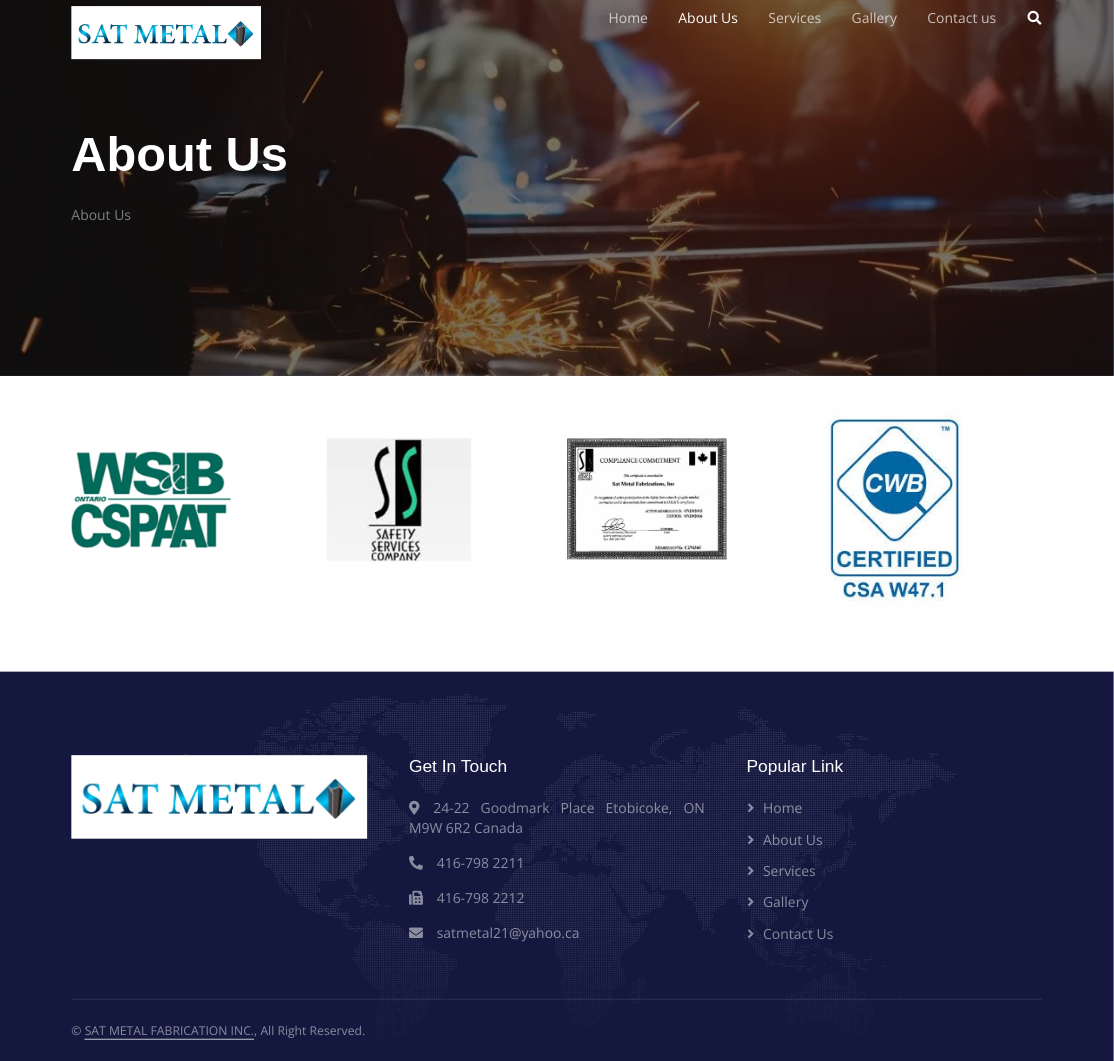
Repository: dzyte-services/satmetal
Page: http://localhost/about.php
These files come from the project's save history. The page is drawn as it stood at one moment and after the next save; the edit follows.
The browser window is 1280 px wide. The pictures show the whole page, at 87% of full size.
Some web fonts or font styles are not loaded; a fallback is used. Some web libraries are served in a nearby version. The page is run by PHP 8.4 with error messages shown; the project is at /var/www/html/.

Above is the page before, as saved 2023-11-08 17:49:40.

### about.php
<!DOCTYPE html>
<html lang="en">

<head>
    <meta charset="utf-8">
    <title>SAT - About</title>
    <meta content="width=device-width, initial-scale=1.0" name="viewport">
    <meta content="" name="keywords">
    <meta content="" name="description">

    <!-- Favicon -->
    <link href="img/favicon.ico" rel="icon">

    <!-- Google Web Fonts -->
    <link rel="preconnect" href="https://fonts.googleapis.com">
    <link rel="preconnect" href="https://fonts.gstatic.com" crossorigin>
    <link href="https://fonts.googleapis.com/css2?family=Open+Sans:wght@400;600&family=Ubuntu:wght@500;700&display=swap"
        rel="stylesheet">

    <!-- Icon Font Stylesheet -->
    <link href="https://cdnjs.cloudflare.com/ajax/libs/font-awesome/5.10.0/css/all.min.css" rel="stylesheet">
    <link href="https://cdn.jsdelivr.net/npm/bootstrap-icons@1.4.1/font/bootstrap-icons.css" rel="stylesheet">

    <!-- Libraries Stylesheet -->
    <link href="lib/animate/animate.min.css" rel="stylesheet">
    <link href="lib/owlcarousel/assets/owl.carousel.min.css" rel="stylesheet">

    <!-- Customized Bootstrap Stylesheet -->
    <link href="css/bootstrap.min.css" rel="stylesheet">

    <!-- Template Stylesheet -->
    <link href="css/style.css" rel="stylesheet">
</head>

<body>
    <!-- Spinner Start -->
    <!-- <div id="spinner"
        class="show bg-white position-fixed translate-middle w-100 vh-100 top-50 start-50 d-flex align-items-center justify-content-center">
        <div class="spinner-grow text-primary" style="width: 3rem; height: 3rem;" role="status">
            <span class="sr-only">Loading...</span>
        </div>
    </div> -->
    <!-- Spinner End -->


    <!-- Navbar Start -->
    <?php
        include "header.php";
    ?>
    <!-- Navbar End -->





    <!-- Full Screen Search Start -->
    <div class="modal fade" id="searchModal" tabindex="-1">
        <div class="modal-dialog modal-fullscreen">
            <div class="modal-content" style="background: rgba(20, 24, 62, 0.7);">
                <div class="modal-header border-0">
                    <button type="button" class="btn btn-square bg-white btn-close" data-bs-dismiss="modal"
                        aria-label="Close"></button>
                </div>
                <div class="modal-body d-flex align-items-center justify-content-center">
                    <div class="input-group" style="max-width: 600px;">
                        <input type="text" class="form-control bg-transparent border-light p-3"
                            placeholder="Type search keyword">
                        <button class="btn btn-light px-4"><i class="bi bi-search"></i></button>
                    </div>
                </div>
            </div>
        </div>
    </div>
    <!-- Full Screen Search End -->


    <!-- About Start -->
    <!-- Modal gallery -->
    <!-- Section: Images -->
    <div class="container-fluid py-5">
        <div class="container">
        <div class="row mt-4">
    <div class="col-lg-3 col-md-4 col-sm-6 mb-4">
        <div class="bg-image hover-overlay ripple shadow-1-strong rounded" data-ripple-color="light">
            <img src="img/img2.png" class="" style="width: 70%;" />
            <a href="#!" data-mdb-toggle="modal" data-mdb-target="#exampleModal2">
                <div class="mask" style="background-color: rgba(251, 251, 251, 0.2);"></div>
            </a>
        </div>
    </div>

    <div class="col-lg-3 col-md-4 col-sm-6 mb-4">
        <div class="bg-image hover-overlay ripple shadow-1-strong rounded" data-ripple-color="light">
            <img src="img/img3.png" class="" style="width: 70%;" />
            <a href="#!" data-mdb-toggle="modal" data-mdb-target="#exampleModal2">
                <div class="mask" style="background-color: rgba(251, 251, 251, 0.2);"></div>
            </a>
        </div>
    </div>

    <div class="col-lg-3 col-md-4 col-sm-6 mb-4">
        <div class="bg-image hover-overlay ripple shadow-1-strong rounded" data-ripple-color="light">
            <img src="img/img1.png" class="" style="width: 70%;" />
            <a href="#!" data-mdb-toggle="modal" data-mdb-target="#exampleModal2">
                <div class="mask" style="background-color: rgba(251, 251, 251, 0.2);"></div>
            </a>
        </div>
    </div>

    <div class="col-lg-3 col-md-4 col-sm-6 mb-4">
        <div class="bg-image hover-overlay ripple shadow-1-strong rounded" data-ripple-color="light">
            <img src="img/img4.jpeg" class="" style="width: 70%; margin-top: -35px;" />
            <a href="#!" data-mdb-toggle="modal" data-mdb-target="#exampleModal2">
                <div class="mask" style="background-color: rgba(251, 251, 251, 0.2);"></div>
            </a>
        </div>
    </div>
</div>


        </div>
    </div>


    <!-- Footer Start -->
    <?php
        include "footer.php";
    ?>
    <!-- Footer End -->


    <!-- Back to Top -->
    <a href="#" class="btn btn-lg btn-primary btn-lg-square back-to-top pt-2"><i class="bi bi-arrow-up"></i></a>


    <!-- JavaScript Libraries -->
    <script src="https://ajax.googleapis.com/ajax/libs/jquery/3.6.1/jquery.min.js"></script>
    <script src="https://cdn.jsdelivr.net/npm/bootstrap@5.0.0/dist/js/bootstrap.bundle.min.js"></script>
    <script src="lib/wow/wow.min.js"></script>
    <script src="lib/easing/easing.min.js"></script>
    <script src="lib/waypoints/waypoints.min.js"></script>
    <script src="lib/counterup/counterup.min.js"></script>
    <script src="lib/owlcarousel/owl.carousel.min.js"></script>

    <!-- Template Javascript -->
    <script src="js/main.js"></script>
</body>

</html>

### header.php
    <?php
        $currentPage1 = basename($_SERVER['PHP_SELF']);
    ?>
    <!-- Spinner Start -->
    <div id="spinner"
        class="show bg-white position-fixed translate-middle w-100 vh-100 top-50 start-50 d-flex align-items-center justify-content-center">
        <div class="spinner-grow text-primary" style="width: 3rem; height: 3rem;" role="status">
            <span class="sr-only">Loading...</span>
        </div>
    </div>
    <!-- Spinner End -->


    <!-- Navbar Start -->
    <div class="container-fluid sticky-top">
        <div class="container">
            <nav class="navbar navbar-expand-lg navbar-dark p-0">
                <div class="row">
                    <div class="col-lg-6">
                        <a href="index.php" class="navbar-brand">
                            <img class="img-fluid" width="40%" height="40%" src="img/logo2.jpeg" alt="">
                        </a>
                        <button type="button" class="navbar-toggler ms-auto me-0" data-bs-toggle="collapse"
                            data-bs-target="#navbarCollapse">
                            <span class="navbar-toggler-icon"></span>
                        </button>
                    </div>
                    <div class="col-lg-6 ">
                    <div class="collapse navbar-collapse" id="navbarCollapse">
                    <div class="navbar-nav ms-auto">
                        <a href="index.php" class="nav-item nav-link  <?php echo ($currentPage1 === 'index.php') ? 'active' : ''; ?>">Home</a>
                        <a href="about.php" class="nav-item nav-link <?php echo ($currentPage1 === 'about.php') ? 'active' : ''; ?>">About Us</a>
                        <a href="service.php" class="nav-item nav-link <?php echo ($currentPage1 === 'service.php') ? 'active' : ''; ?>">Services</a>
                        <a href="project.php" class="nav-item nav-link <?php echo ($currentPage1 === 'project.php') ? 'active' : ''; ?>">Gallery</a>

                        <a href="contact.php" class="nav-item nav-link <?php echo ($currentPage1 === 'contact.php') ? 'active' : ''; ?>">Contact us</a>
                    </div>
                    <butaton type="button" class="btn text-white p-0 d-none d-lg-block" data-bs-toggle="modal"
                        data-bs-target="#searchModal"><i class="fa fa-search"></i></butaton>
                </div>
                    </div>
                </div>


            </nav>
        </div>
    </div>
    <!-- Navbar End -->

    <div>
          <?php
                $currentPage = $_SERVER['SCRIPT_NAME'];
                $current_page = basename($currentPage);

                if ($current_page === "index.php") {
                    include("header/home.php");
                } elseif ($current_page === "about.php") {
                    include("header/about.php");
                } elseif ($current_page === "service.php") {
                    include("header/service.php");
                } elseif ($current_page === "project.php") {
                    include("header/gallery.php");
                } elseif ($current_page === "contact.php") {
                    include("header/contact.php");
                }



            ?>
    </div>

### header/about.php
<!-- Hero Start -->
<div class="container-fluid pt-5 bg-primary hero-header">
        <div class="container pt-5">
            <div class="row g-5 pt-5">
                <div class="col-lg-6 align-self-center text-center text-lg-start mb-lg-5">
                    <h1 class="display-4 text-white mb-4 animated slideInRight">About Us</h1>
                    <nav aria-label="breadcrumb">
                        <ol class="breadcrumb justify-content-center justify-content-lg-start mb-0">
                            <!-- <li class="breadcrumb-item"><a class="text-white" href="#">Home</a></li> -->
                            <!-- <li class="breadcrumb-item"><a class="text-white" href="#">Pages</a></li> -->
                            <li class="breadcrumb-item text-white active" aria-current="page">About Us</li>
                        </ol>
                    </nav>
                </div>
            </div>
        </div>
    </div>
    <!-- Hero End -->

### css/style.css
/********** Template CSS **********/
:root {
    --primary: #1363C6;
    --secondary: #15ACE1;
    --light: #F4F7FE;
    --dark: #14183E;
}


/*** Spinner ***/
#spinner {
    opacity: 0;
    visibility: hidden;
    transition: opacity .5s ease-out, visibility 0s linear .5s;
    z-index: 99999;
}

#spinner.show {
    transition: opacity .5s ease-out, visibility 0s linear 0s;
    visibility: visible;
    opacity: 1;
}

.back-to-top {
    position: fixed;
    display: none;
    right: 45px;
    bottom: 45px;
    z-index: 99;
}


/*** Heading ***/
h1,
h2,
h3,
.fw-bold {
    font-weight: 700 !important;
}

h4,
h5,
h6,
.fw-medium {
    font-weight: 500 !important;
}


/*** Button ***/
.btn {
    font-weight: 500;
    transition: .5s;
}

.btn-square {
    width: 38px;
    height: 38px;
}

.btn-sm-square {
    width: 32px;
    height: 32px;
}

.btn-lg-square {
    width: 48px;
    height: 48px;
}

.btn-square,
.btn-sm-square,
.btn-lg-square {
    padding: 0;
    display: flex;
    align-items: center;
    justify-content: center;
    font-weight: normal;
    border-radius: 50px;
}


/*** Navbar ***/
.sticky-top {
    top: -150px;
    transition: .5s;
}

.navbar {
    padding: 11px 0 !important;
    height: 75px;
}

.navbar .navbar-nav .nav-link {
    margin-right: 35px;
    padding: 0;
    color: rgba(255, 255, 255, .7);
    outline: none;
}

.navbar .navbar-nav .nav-link:hover,
.navbar .navbar-nav .nav-link.active {
    color: rgba(255, 255, 255, 1);
}

.navbar .dropdown-toggle::after {
    border: none;
    content: "\f107";
    font-family: "Font Awesome 5 Free";
    font-weight: 900;
    vertical-align: middle;
    margin-left: 8px;
}

@media (max-width: 991.98px) {
    .navbar .navbar-nav {
        padding: 0 15px;
        background: var(--primary);
    }

    .navbar .navbar-nav .nav-link  {
        margin-right: 0;
        padding: 10px 0;
    }
}

@media (min-width: 992px) {
    .navbar .nav-item .dropdown-menu {
        display: block;
        border: none;
        margin-top: 0;
        top: 150%;
        opacity: 0;
        visibility: hidden;
        transition: .5s;
    }

    .navbar .nav-item:hover .dropdown-menu {
        top: 100%;
        visibility: visible;
        transition: .5s;
        opacity: 1;
    }
}


/*** Hero Header ***/
.hero-header {
    margin-top: -75px;
    background: url(../img/background2.webp) center center no-repeat ;
    background-size: cover;
    width: 100%;
    background-size: cover;
    position: relative;
    min-height: 60vh;
    padding: 160px 0 60px 0;

}
.hero-header::before {
    content: "";
    position: absolute;
    top: 0;
    left: 0;
    width: 100%;
    height: 100%;
    background: rgba(0, 0, 0, 0.5); /* Adjust the opacity as needed (0.5 for 50% opacity) */
}

.hero-header .breadcrumb-item+.breadcrumb-item::before {
    color: var(--light);
}


/*** Section Title ***/
.section-title::before {
    position: absolute;
    content: "";
    width: 45px;
    height: 4px;
    bottom: 0;
    left: 0;
    background: var(--dark);
}

.section-title::after {
    position: absolute;
    content: "";
    width: 4px;
    height: 4px;
    bottom: 0;
    left: 50px;
    background: var(--dark);
}

.section-title.text-center::before {
    left: 50%;
    margin-left: -25px;
}

.section-title.text-center::after {
    left: 50%;
    margin-left: 25px;
}

.section-title h6::before,
.section-title h6::after {
    position: absolute;
    content: "";
    width: 10px;
    height: 10px;
    top: 2px;
    left: 0;
    background: rgba(33, 66, 177, .5);
}

.section-title h6::after {
    top: 5px;
    left: 3px;
}


/*** About ***/
.about-img {
    position: relative;
    overflow: hidden;
}

.about-img::after {
    position: absolute;
    content: "";
    width: 100%;
    height: 100%;
    top: 0;
    left: 0;
    background: url(../img/bg-about-img.png) top left no-repeat;
    background-size: contain;
}


/*** Service ***/
.service-item {
    position: relative;
    padding: 45px 30px;
    background: #FFFFFF;
    transition: .5s;
}

.service-item:hover {
    background: var(--primary);
}

.service-item .service-icon {
    margin: 0 auto 20px auto;
    width: 90px;
    height: 90px;
    color: var(--primary);
    background: var(--light);
    transition: .5s;
}

.service-item:hover .service-icon {
    background: #FFFFFF;
}

.service-item h5,
.service-item p {
    transition: .5s;
}

.service-item:hover h5,
.service-item:hover p {
    color: #FFFFFF;
}

.service-item a.btn {
    position: relative;
    display: flex;
    color: var(--primary);
    transition: .5s;
    z-index: 1;
}

.service-item:hover a.btn {
    color: var(--primary);
}

.service-item a.btn::before {
    position: absolute;
    content: "";
    width: 35px;
    height: 35px;
    top: 0;
    left: 0;
    border-radius: 35px;
    background: var(--light);
    transition: .5s;
    z-index: -1;
}

.service-item:hover a.btn::before {
    width: 100%;
    background: var(--light);
}


/*** Feature ***/
.feature {
    background: url(../img/bg-hero.png) center center no-repeat;
    background-size: cover;
}


/*** Newsletter ***/
.newsletter {
    background: url(../img/bg-hero.png) center center no-repeat;
    background-size: cover;
}

@media (min-width: 992px) {
    .newsletter .container {
        max-width: 100% !important;
    }

    .newsletter .newsletter-text  {
        padding-right: calc(((100% - 960px) / 2) + .75rem);
    }
}

@media (min-width: 1200px) {
    .newsletter .newsletter-text  {
        padding-right: calc(((100% - 1140px) / 2) + .75rem);
    }
}

@media (min-width: 1400px) {
    .newsletter .newsletter-text  {
        padding-right: calc(((100% - 1320px) / 2) + .75rem);
    }
}


/*** Case Study ***/
.case-item img {
    transition: .5s;
}

.case-item:hover img {
    transform: scale(1.2);
}

.case-overlay {
    position: absolute;
    padding: 30px;
    width: 100%;
    height: 100%;
    top: 0;
    left: 0;
    display: flex;
    flex-direction: column;
    align-items: flex-start;
    justify-content: flex-end;
    background: linear-gradient(rgba(20, 24, 62, 0), var(--dark));
    z-index: 1;
}

.case-overlay small {
    display: inline-block;
    padding: 3px 15px;
    color: #FFFFFF;
    background: rgba(20, 24, 62, .7);
    border-radius: 25px;
    margin-bottom: 15px;
}

.case-overlay span.btn:hover {
    color: var(--primary);
    background: #FFFFFF;
    border-color: #FFFFFF;
}


/*** FAQs ***/
.accordion .accordion-item {
    border: none;
    margin-bottom: 15px;
}

.accordion .accordion-button {
    background: var(--light);
    border-radius: 2px;
}

.accordion .accordion-button:not(.collapsed) {
    color: #FFFFFF;
    background: var(--primary);
    box-shadow: none;
}

.accordion .accordion-button:not(.collapsed)::after {
    background-image: url("data:[embedded picture, 261 characters]");
}

.accordion .accordion-body {
    padding: 15px 0 0 0;
}


/*** Testimonial ***/
.testimonial-carousel {
    position: relative;
}

.testimonial-carousel .owl-nav {
    position: absolute;
    width: 40px;
    height: 100%;
    top: calc(50% - 50px);
    left: -21px;
    display: flex;
    flex-direction: column;
    align-items: center;
}

.testimonial-carousel .owl-nav .owl-prev,
.testimonial-carousel .owl-nav .owl-next {
    margin: 5px 0;
    width: 40px;
    height: 40px;
    display: flex;
    align-items: center;
    justify-content: center;
    color: var(--primary);
    background: #FFFFFF;
    border: 1px solid var(--primary);
    border-radius: 40px;
    font-size: 18px;
    transition: .5s;
}

.testimonial-carousel .owl-nav .owl-prev:hover,
.testimonial-carousel .owl-nav .owl-next:hover {
    background: var(--primary);
    color: #FFFFFF;
}

.testimonial-carousel .owl-dots {
    margin-top: 35px;
    margin-left: 3rem;
}

.testimonial-carousel .owl-dot {
    position: relative;
    display: inline-block;
    margin-right: 10px;
    width: 15px;
    height: 15px;
    background: #FFFFFF;
    border: 1px solid var(--primary);
    border-radius: 15px;
    transition: .5s;
}

.testimonial-carousel .owl-dot.active {
    width: 30px;
    background: var(--primary);
}


/*** Team ***/
.team-item {
    transition: .5s;
    border: 1px solid transparent;
    transition: .5s;
}

.team-item:hover {

    border-color: var(--primary);
}


/*** Footer ***/
.footer {
    background: url(../img/footer.png) center center no-repeat;
    background-size: contain;
}

.footer .btn.btn-social {
    margin-right: 5px;
    width: 40px;
    height: 40px;
    display: flex;
    align-items: center;
    justify-content: center;
    color: rgba(255,255,255,.5);
    border: 1px solid rgba(256, 256, 256, .1);
    border-radius: 40px;
    transition: .3s;
}

.footer .btn.btn-social:hover {
    color: var(--primary);
}

.footer .btn.btn-link {
    display: block;
    margin-bottom: 10px;
    padding: 0;
    text-align: left;
    color: rgba(255,255,255,.5);
    font-weight: normal;
    transition: .3s;
}

.footer .btn.btn-link:hover {
    color: #FFFFFF;
}

.footer .btn.btn-link::before {
    position: relative;
    content: "\f105";
    font-family: "Font Awesome 5 Free";
    font-weight: 900;
    margin-right: 10px;
}

.footer .btn.btn-link:hover {
    letter-spacing: 1px;
    box-shadow: none;
}

.footer .copyright {
    padding: 25px 0;
    font-size: 14px;
    border-top: 1px solid rgba(256, 256, 256, .1);
}

.footer .copyright a {
    color: rgba(255,255,255,.5);
}

.footer .copyright a:hover {
    color: #FFFFFF;
}

.footer .footer-menu a {
    margin-right: 15px;
    padding-right: 15px;
    border-right: 1px solid rgba(255, 255, 255, .1);
}

.footer .footer-menu a:last-child {
    margin-right: 0;
    padding-right: 0;
    border-right: none;
}

Loaded but not shown: lib/animate/animate.min.css (library); lib/owlcarousel/assets/owl.carousel.min.css (common file); css/bootstrap.min.css (library); lib/wow/wow.min.js (library); lib/easing/easing.min.js (common file); lib/waypoints/waypoints.min.js (library); lib/counterup/counterup.min.js (common file); lib/owlcarousel/owl.carousel.min.js (library); js/main.js (64 lines, source omitted); footer.php (70 lines, source omitted)

After the next save:
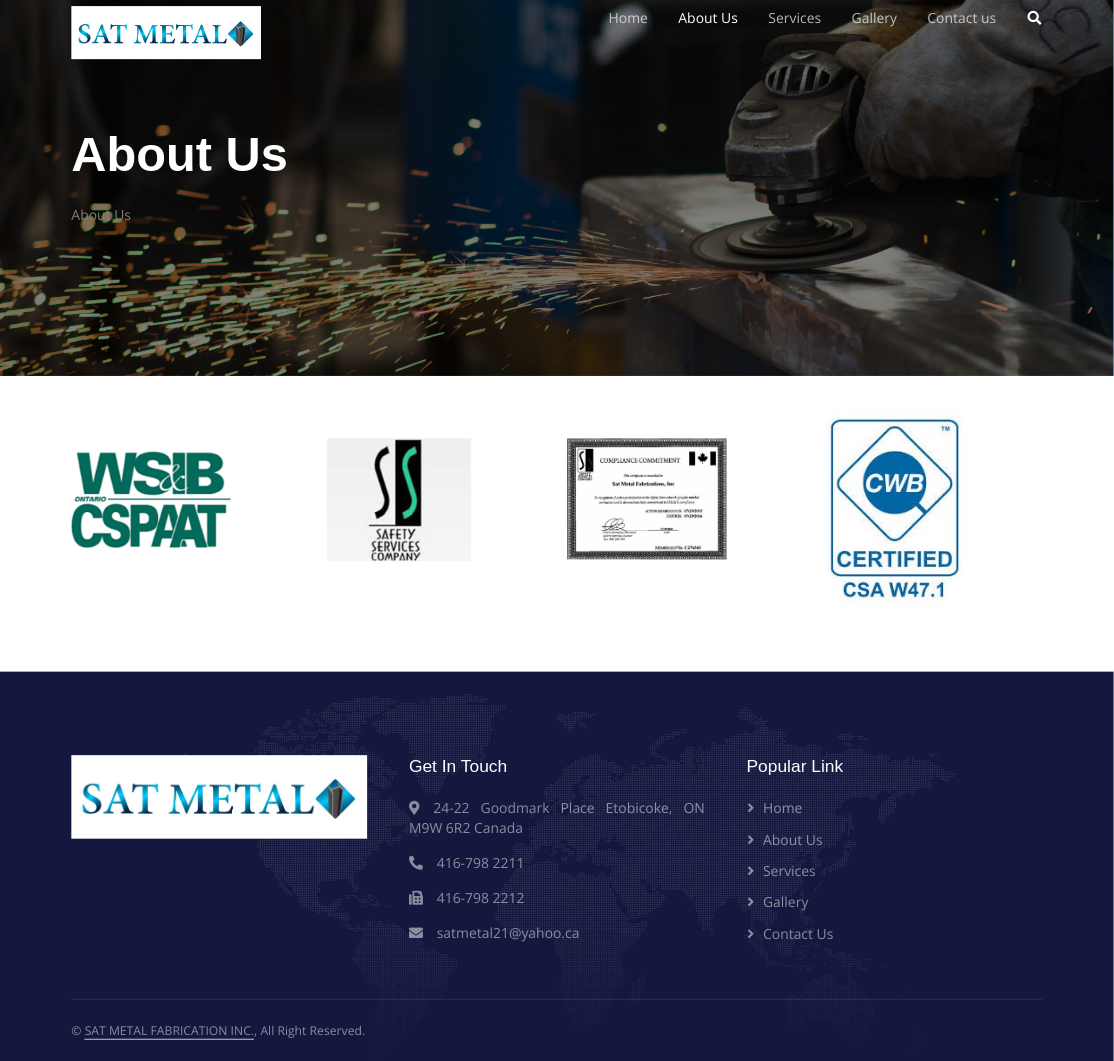
Saved 2 min 20 s later.
--- a/css/style.css
+++ b/css/style.css
@@ -146,7 +146,7 @@
 /*** Hero Header ***/
 .hero-header {
     margin-top: -75px;
-    background: url(../img/background2.webp) center center no-repeat ;
+    background: url(../img/background.webp) center center no-repeat ;
     background-size: cover;
     width: 100%;
     background-size: cover;
